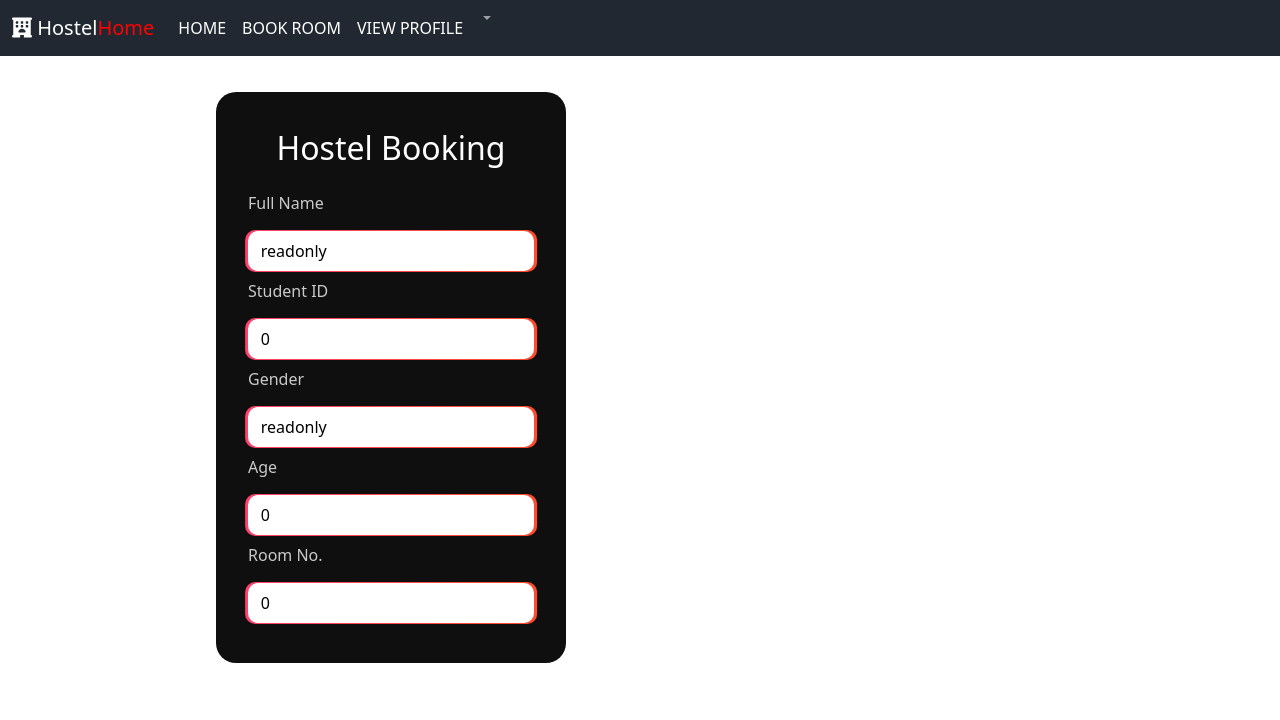
Repository: SparshGarg1/Hostel_Managment_System
Page: http://localhost/Hostel/studentviewappoinment.jsp
The author's editor kept a copy of each file at every save. The page is drawn from the files as they stood at one save, then again after the next save.
The browser window is 1280 px wide. The pictures show the whole page.
Some web libraries are served in a nearby version. The page is served by Tomcat 9. Queries for data that is not in the repository find no rows.

Above is the page before, as saved 2023-06-18 07:23:53.

After the next save:
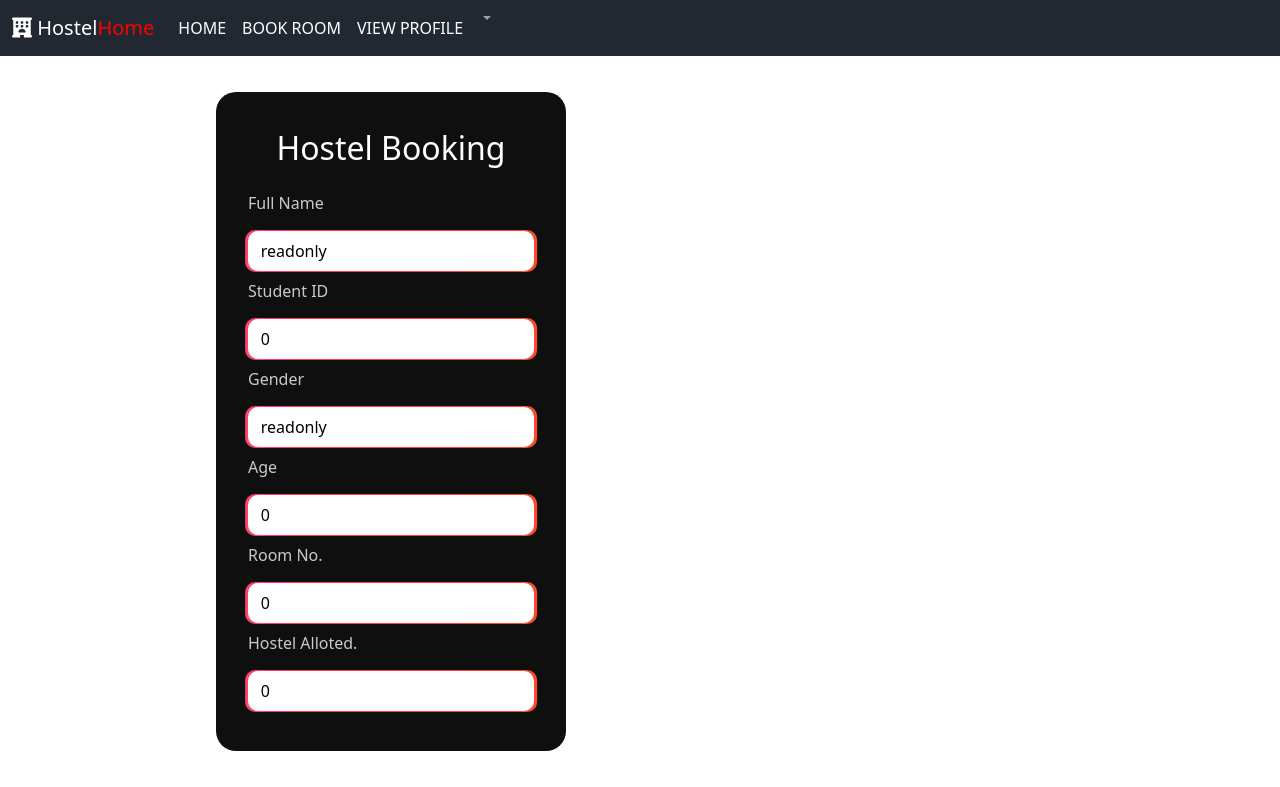
Saved 21 s later.
--- a/Hostel/WebContent/studentviewappoinment.jsp
+++ b/Hostel/WebContent/studentviewappoinment.jsp
@@ -219,8 +219,12 @@ String qrs = "select * from room where id=?";
                 <input value=<%=room%> readonly>
             </div>
         </div>
-
-
+     <div class="bo">
+            <p>Hostel Alloted.</p>
+            <div>
+                <input value=<%=room%> readonly>
+            </div>
+        </div>
         </form>
     </div>
 </div>
